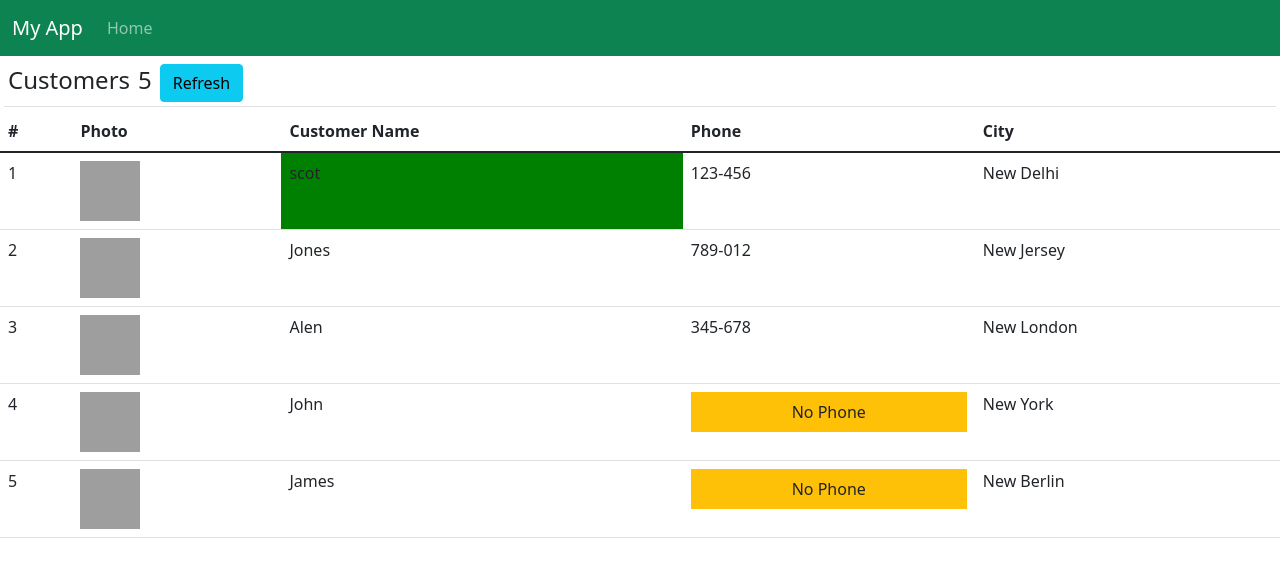
Repository: smit1298/e-commerce
Page: /
The author's editor kept a copy of each file at every save. The page is drawn from the files as they stood at one save, then again after a run of saves.
The browser window is 1280 px wide. The pictures show the whole page.
Pictures or frames that could not be fetched are drawn as grey boxes. The project was rebuilt for these pictures with package versions that can differ from the ones it lists, and the page was loaded fresh each time.

Above is the page before, as saved 2022-05-11 10:09:43.

### src/index.js
import React from "react";
import ReactDOM from "react-dom";
import "jquery";
import "popper.js/dist/umd/popper";
import "bootstrap/dist/js/bootstrap";
import "bootstrap/dist/css/bootstrap.css";
import "./index.css";
import App from "./App";

ReactDOM.render(<App />, document.getElementById("root"));

### src/index.css
* {
    box-sizing: border-box;
}

.highlight{
    background-color: #80c0b5;
}

.navbar-style{
    background-color: #0c8351 !important;
}

### src/App.jsx
import React, { Component } from "react";
import MainContent from "./MainContent";
import NavBar from "./NavBar";

export default class App extends Component {
  render() {
    return (
      <React.Fragment>
        <NavBar />
        <MainContent />
      </React.Fragment>
    );
  }
}

### src/MainContent.jsx
import React, { Component } from "react";

export default class MainContent extends Component {
  state = {
    pageTitle: "Customers",
    customersCount: 5,
    customers: [
      {
        id: 1,
        name: "scot",
        phone: "123-456",
        address: { city: "New Delhi" },
        photo: "https://picsum.photos/id/1019/60"
      },
      {
        id: 2,
        name: "Jones",
        phone: "789-012",
        address: { city: "New Jersey" },
        photo: "https://picsum.photos/id/1010/60"
      },
      {
        id: 3,
        name: "Alen",
        phone: "345-678",
        address: { city: "New London" },
        photo: "https://picsum.photos/id/1011/60"
      },
      {
        id: 4,
        name: "John",
        phone: null,
        address: { city: "New York" },
        photo: "https://picsum.photos/id/1012/60"
      },
      {
        id: 5,
        name: "James",
        phone: null,
        address: { city: "New Berlin" },
        photo: "https://picsum.photos/id/1013/60"
      }
    ]
  };
customerNameStyle = (custName) =>{
if(custName.startsWith("s"))return{backgroundColor: "green"};
else if(custName.startsWith("j"))return{backgroundColor:"red"};
else return{};
}
  render() {
    return (
      <div>
        <h4 className="border-bottom m-1 p-1">
          {this.state.pageTitle}
          <span className="m-2">{this.state.customersCount}</span>
          <button className="btn btn-info" onClick={this.onRefreshClick}>
            Refresh
          </button>
        </h4>
        <table className="table">
          <thead>
            <tr>
              <th>#</th>
              <th>Photo</th>
              <th>Customer Name</th>
              <th>Phone</th>
              <th>City</th>
            </tr>
          </thead>
          <tbody>{this.getCustomerRow()}</tbody>
        </table>
      </div>
    );
  }

  //   Executes when the user clicks on refresh button
  onRefreshClick = () => {
    this.setState({
      customersCount: 7
    });
  };

  getPhoneToRender = (phone) => {
    if (phone) return phone;
    else return <div className="bg-warning p-2 text-center">No Phone</div>;
  };

  getCustomerRow = () => {
    return this.state.customers.map((cust) => {
      return (
        <tr key={cust.id}>
          <td>{cust.id}</td>
          <td>
            <img src={cust.photo} alt="customer" />
          </td>
          <td style={this.customerNameStyle(cust.name)}>{cust.name}</td>
          <td> {this.getPhoneToRender(cust.phone)}</td>
          <td>{cust.address.city}</td>
        </tr>
      );
    });
  };
}

### src/NavBar.jsx
import React, { Component } from "react";

class NavBar extends Component {
  render() {
    return (
      <React.Fragment>
        <nav className="navbar navbar-expand-lg navbar-dark bg-dark navbar-style">
          <div className="container-fluid">
            <a className="navbar-brand" href="/#">
              My App
            </a>
            <button
              className="navbar-toggler"
              type="button"
              data-bs-toggle="collapse"
              data-bs-target="#navbarSupportedContent"
              aria-controls="navbarSupportedContent"
              aria-expanded="false"
              aria-label="Toggle navigation"
            >
              <span className="navbar-toggler-icon"></span>
            </button>

            <div
              className="collapse navbar-collapse"
              id="navbarSupportedContent"
            >
              <ul className="navbar-nav me-auto mb-2 mb-lg-0">
                <li className="nav-item">
                  <a className="nav-link" href="/#">
                    Home
                  </a>
                </li>
              </ul>
            </div>
          </div>
        </nav>
      </React.Fragment>
    );
  }
}

export default NavBar;

Loaded but not shown: public/index.html (common file)

After the next 2 saves:
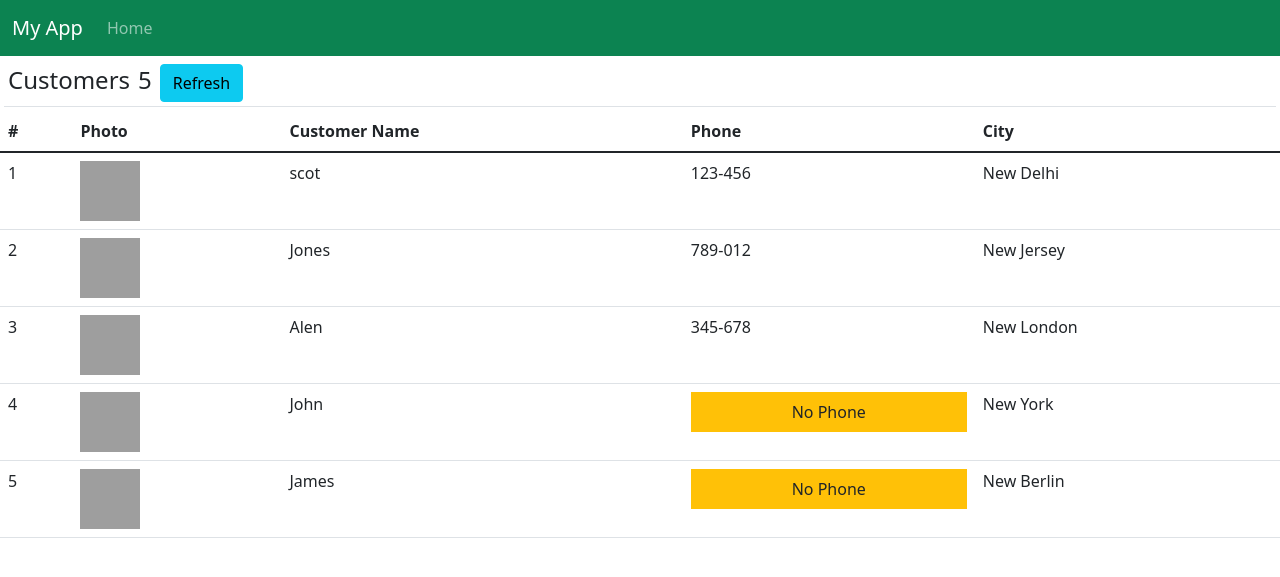
The 2 saves are shown as one change because they came seconds apart.
The last was saved 34 s later.
--- a/src/MainContent.jsx
+++ b/src/MainContent.jsx
@@ -43,7 +43,7 @@ export default class MainContent extends Component {
     ]
   };
 customerNameStyle = (custName) =>{
-if(custName.startsWith("s"))return{backgroundColor: "green"};
+if(custName.startsWith("S"))return{backgroundColor: "green"};
 else if(custName.startsWith("j"))return{backgroundColor:"red"};
 else return{};
 }
